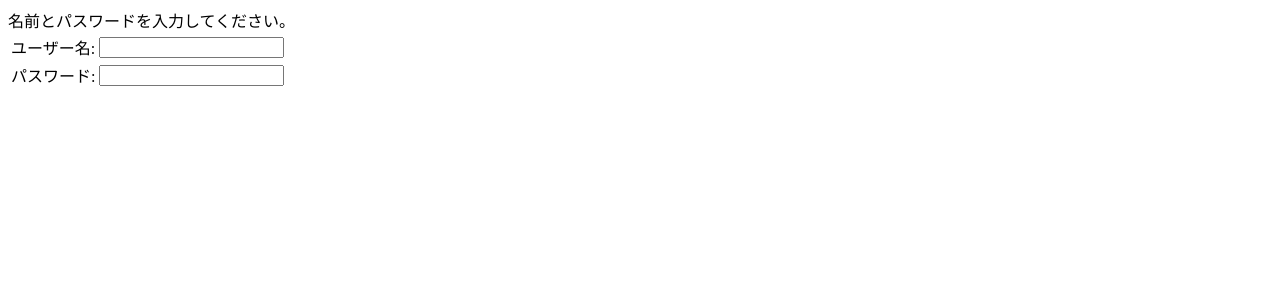
Repository: manchesterunited0128/test
Page: http://localhost/WebProj2/welcome.jsp
The author's editor kept a copy of each file at every save. The page is drawn from the files as they stood at one save, then again after the next save.
The browser window is 1280 px wide. The pictures show the whole page.
The page is served by Tomcat 9. Other server files are loaded and not shown.

Above is the page before, as saved 2019-09-03 02:40:16.

### WebProj2/WebContent/welcome.jsp
<%@ page language="java" contentType="text/html; charset=UTF-8"
    pageEncoding="UTF-8"%>
    <%@ taglib prefix="s" uri="/struts-tags" %>
<!DOCTYPE html PUBLIC "-//W3C//DTD HTML 4.01 Transitional//EN" "http://www.w3.org/TR/html4/loose.dtd">
<html>
<head>
<meta http-equiv="Content-Type" content="text/html; charset=UTF-8">
<title>WELCOME</title>
</head>
<body>
名前とパスワードを入力してください。
<s:form method="post" action="LoginAction">
	<s:textfield name="username" label="ユーザー名"/>
	<s:password name="password" label="パスワード"/>
	<S:submit value="送信"/>
</s:form>
</body>
</html>

After the next save:
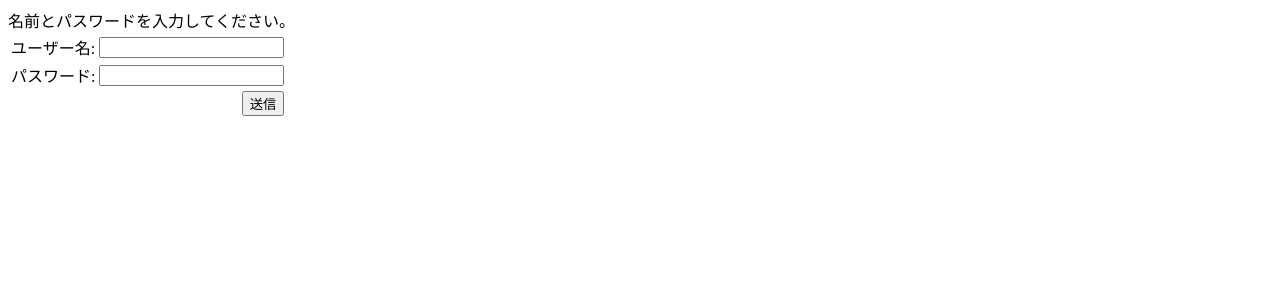
Saved 16 s later.
--- a/WebProj2/WebContent/welcome.jsp
+++ b/WebProj2/WebContent/welcome.jsp
@@ -12,7 +12,7 @@
 <s:form method="post" action="LoginAction">
 	<s:textfield name="username" label="ユーザー名"/>
 	<s:password name="password" label="パスワード"/>
-	<S:submit value="送信"/>
+	<s:submit value="送信"/>
 </s:form>
 </body>
 </html>
